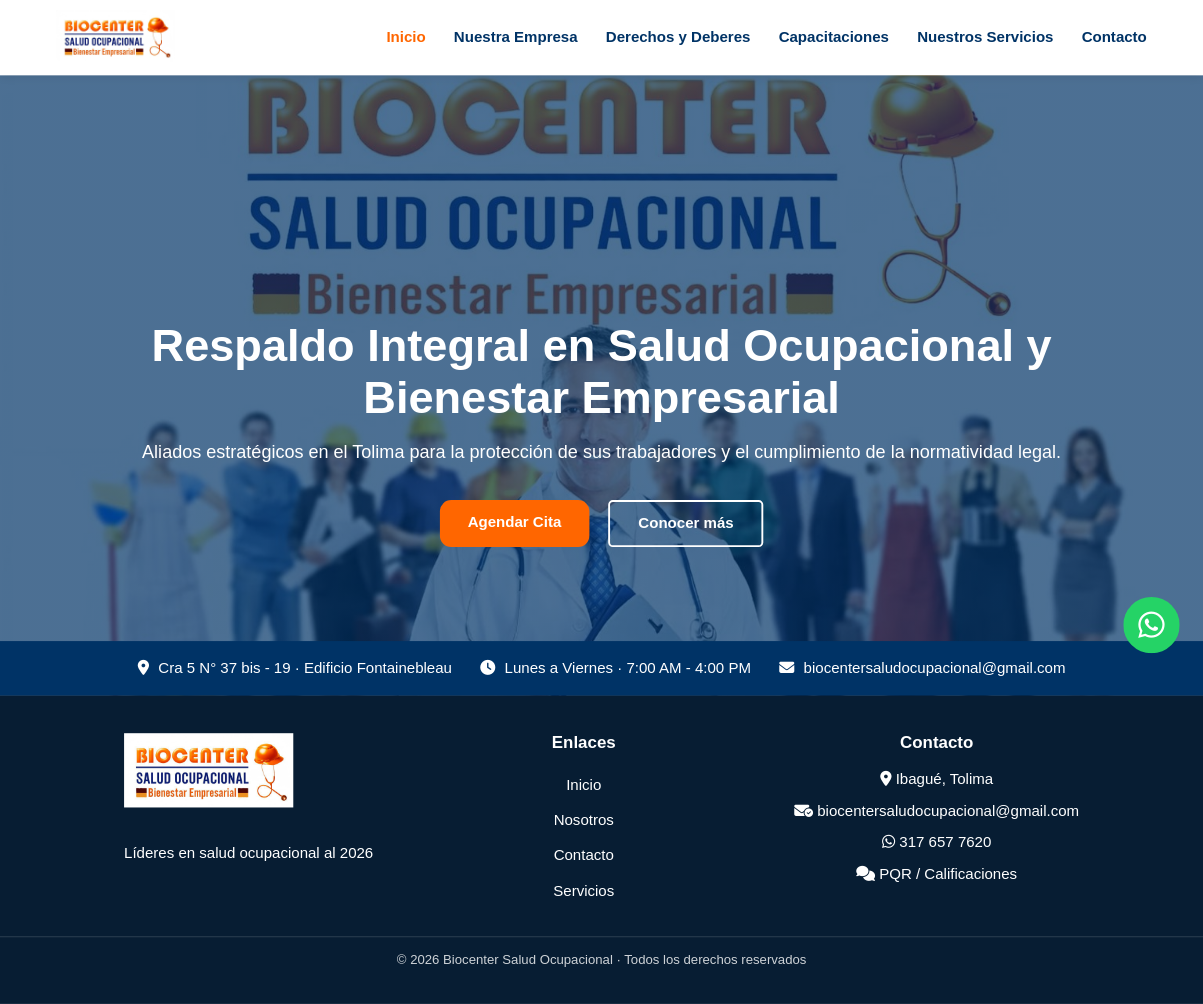
Repository: Miguelperdomo/Biocenter
Page: index.html
The author's editor kept a copy of each file at every save. The page is drawn from the files as they stood at one save, then again after the next save.
The browser window is 1280 px wide. The pictures show the whole page, at 94% of full size.

Above is the page before, as saved 2026-02-10 13:36:12.

After the next save:
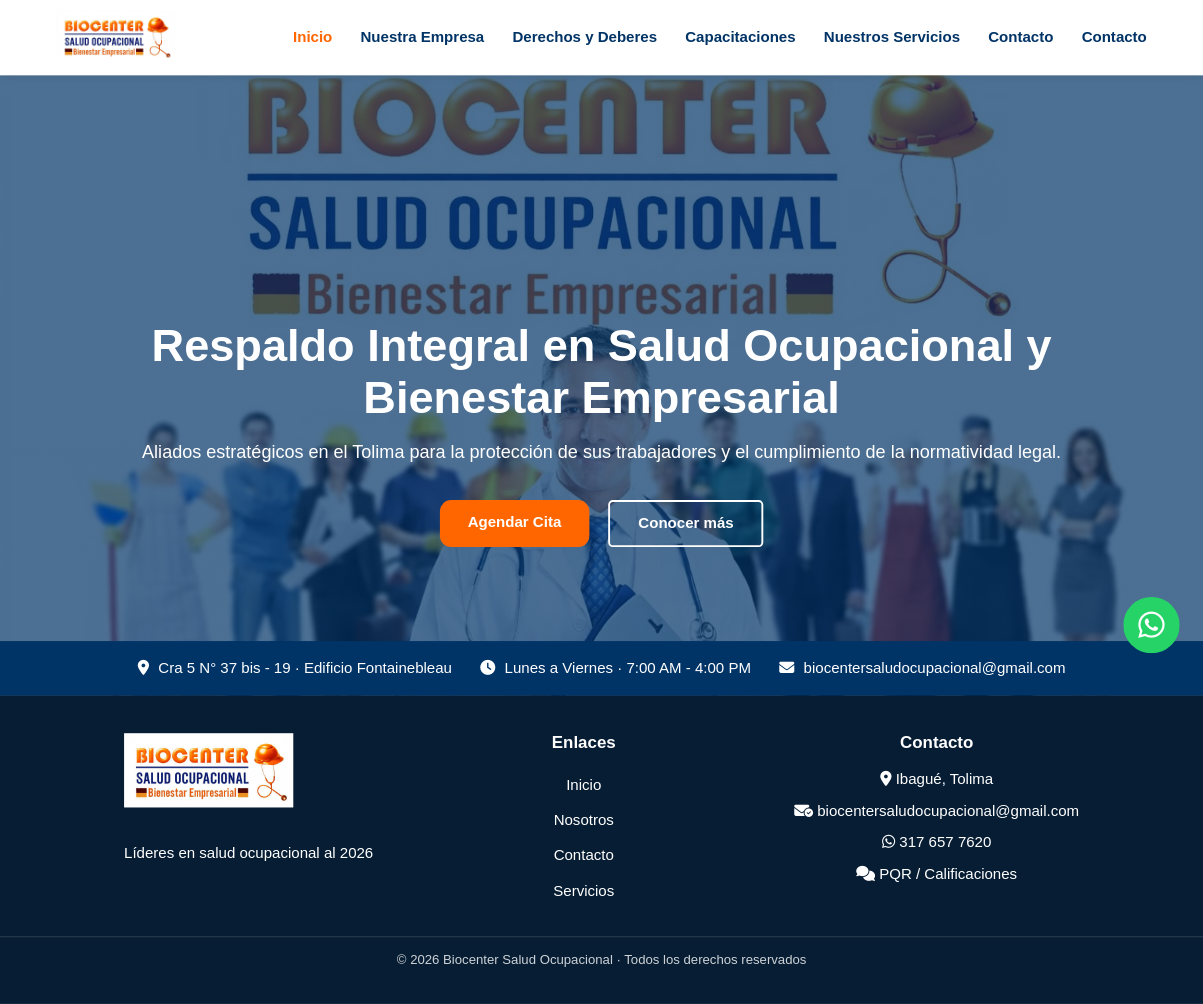
Saved 2 days later.
--- a/index.html
+++ b/index.html
@@ -112,6 +112,7 @@
             <li><a href="capacitaciones.html">Capacitaciones</a></li>
             <li><a href="servicios.html">Nuestros Servicios</a></li>
             <li><a href="contacto.html">Contacto</a></li>
+            <li><a href="contacto.html">Contacto</a></li>
         </ul>
 
         <div class="nav-toggle">
